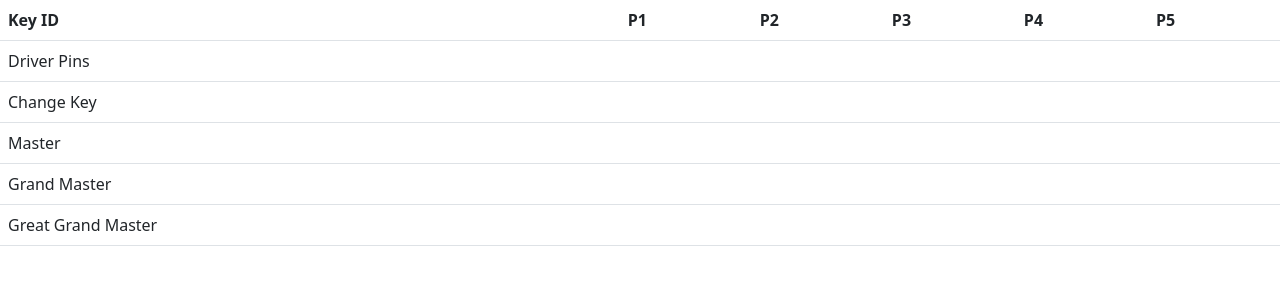
Repository: cobalt88/LockBot
Page: index.html
An editor plug-in stored every save of this project. The page is shown before and after the next save, followed by the edit.
The browser window is 1280 px wide. The pictures show the whole page.

Above is the page before, as saved 2022-03-22 17:17:19.

After the next save:
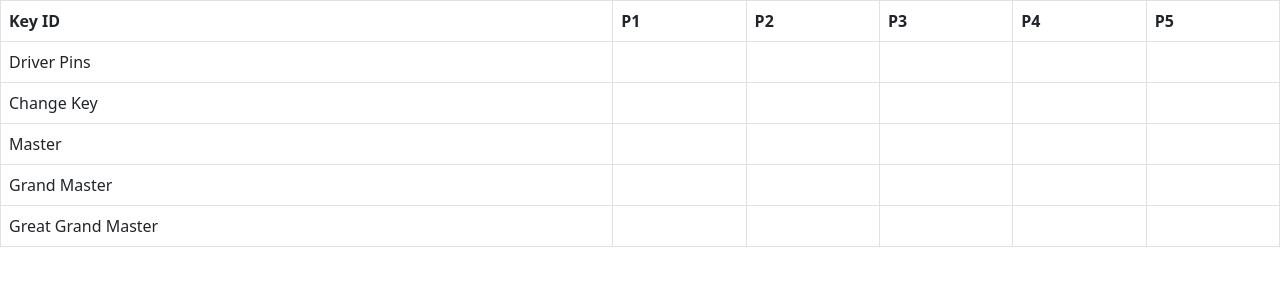
Saved 2 min 29 s later.
--- a/index.html
+++ b/index.html
@@ -36,7 +36,7 @@
       </section>
       <section>
         <!-- make a table for the actual function. Start with 5 pin padlock -->
-        <table class="table">
+        <table class="table table-bordered">
           <tr>
             <th>Key ID</th>
             <th>P1</th>
